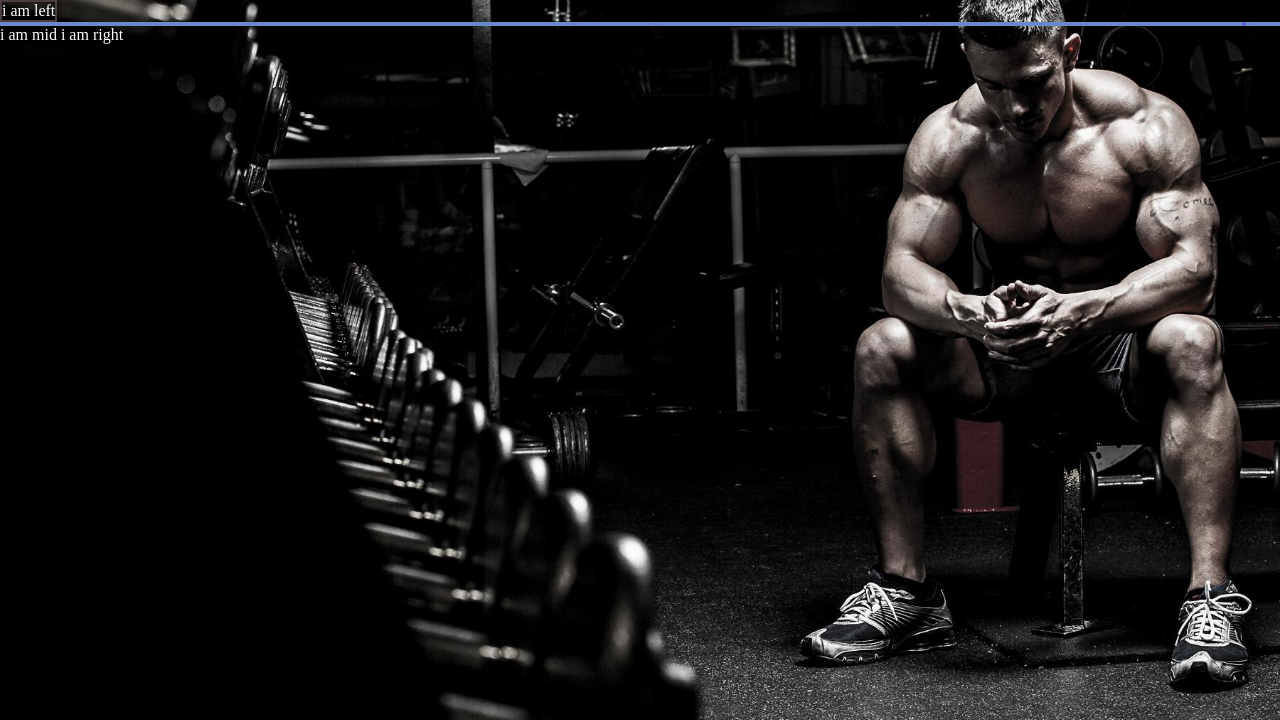
Repository: asthaasquare/project-1
Page: project-1/index.html
An editor plug-in stored every save of this project. The page is shown before and after the next save, followed by the edit.
The browser window is 1280 px wide. The pictures show the whole page.

Above is the page before, as saved 2024-05-09 10:34:24.

After the next save:
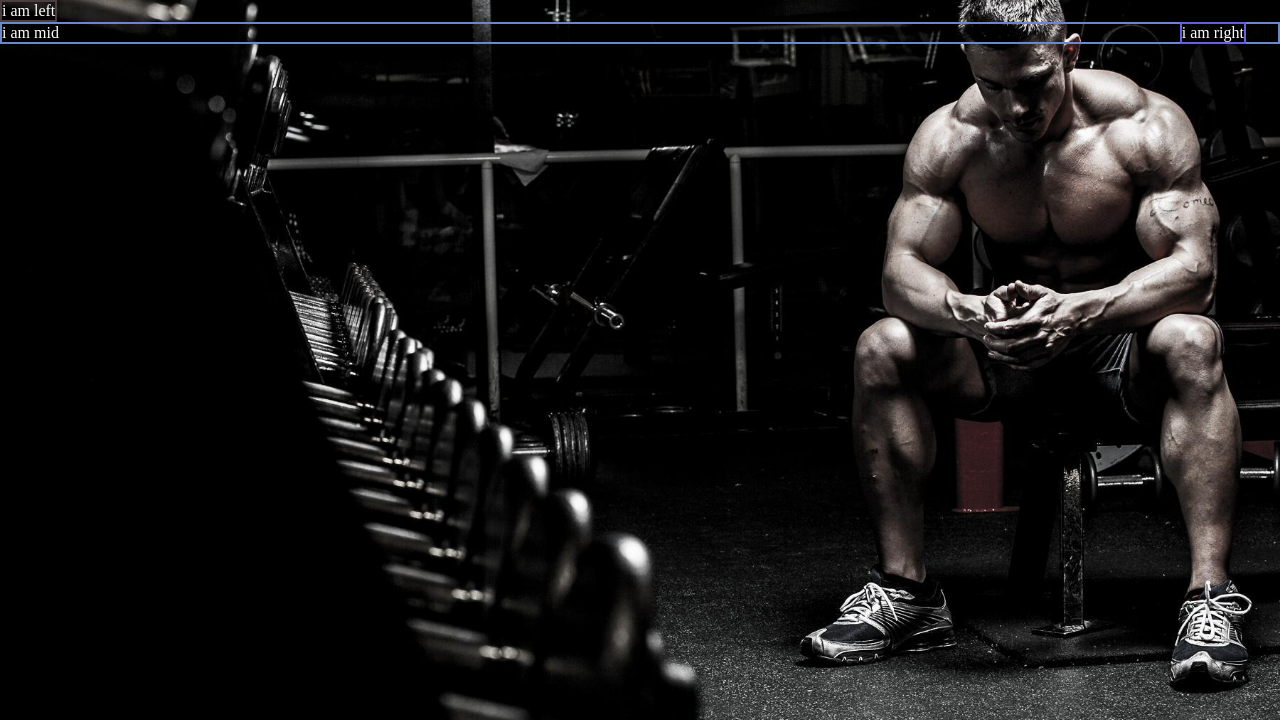
Saved 12 s later.
--- a/project-1/index.html
+++ b/project-1/index.html
@@ -21,7 +21,6 @@
       }
 
       .mid {
-
         border: 2px double rgb(106, 137, 200);
       }
 
@@ -32,6 +31,7 @@
         top: 22px;
         right: 34px;
       }
+
       .header {
         position: relative; /* Set position to relative to allow absolute positioning of child elements */
       }
@@ -39,14 +39,12 @@
   </head>
   <link rel="stylesheet" href="css/style.css" />
   <body>
-    <header class="class">
+    <header class="header">
       <div class="left">
         i am left
       </div>
-      <div class="mid"></div>
-      i am mid
-      <div class="right"></div>
-      i am right
+      <div class="mid">i am mid</div>
+      <div class="right">i am right</div>
     </header>
   </body>
 </html>
